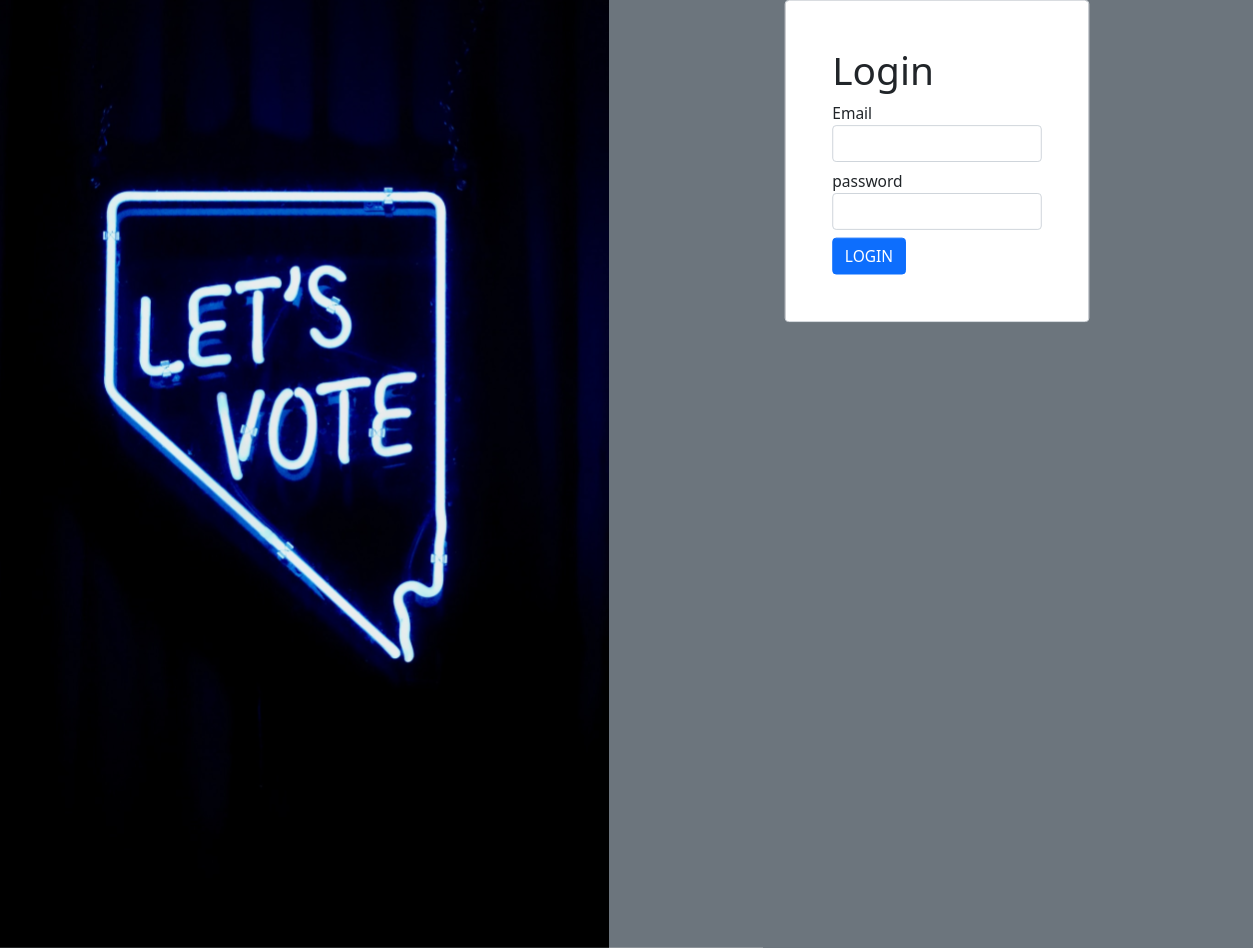
Repository: DavidManiIbrahim/Voting-app
Page: Login.html
The author's editor kept a copy of each file at every save. The page is drawn from the files as they stood at one save, then again after the next save.
The browser window is 1280 px wide. The page is 1292 px wide, so the pictures cover 1292 px, including what lies to the right of the window. The pictures show the whole page, at 97% of full size.

Above is the page before, as saved 2025-01-18 07:02:22.

After the next save:
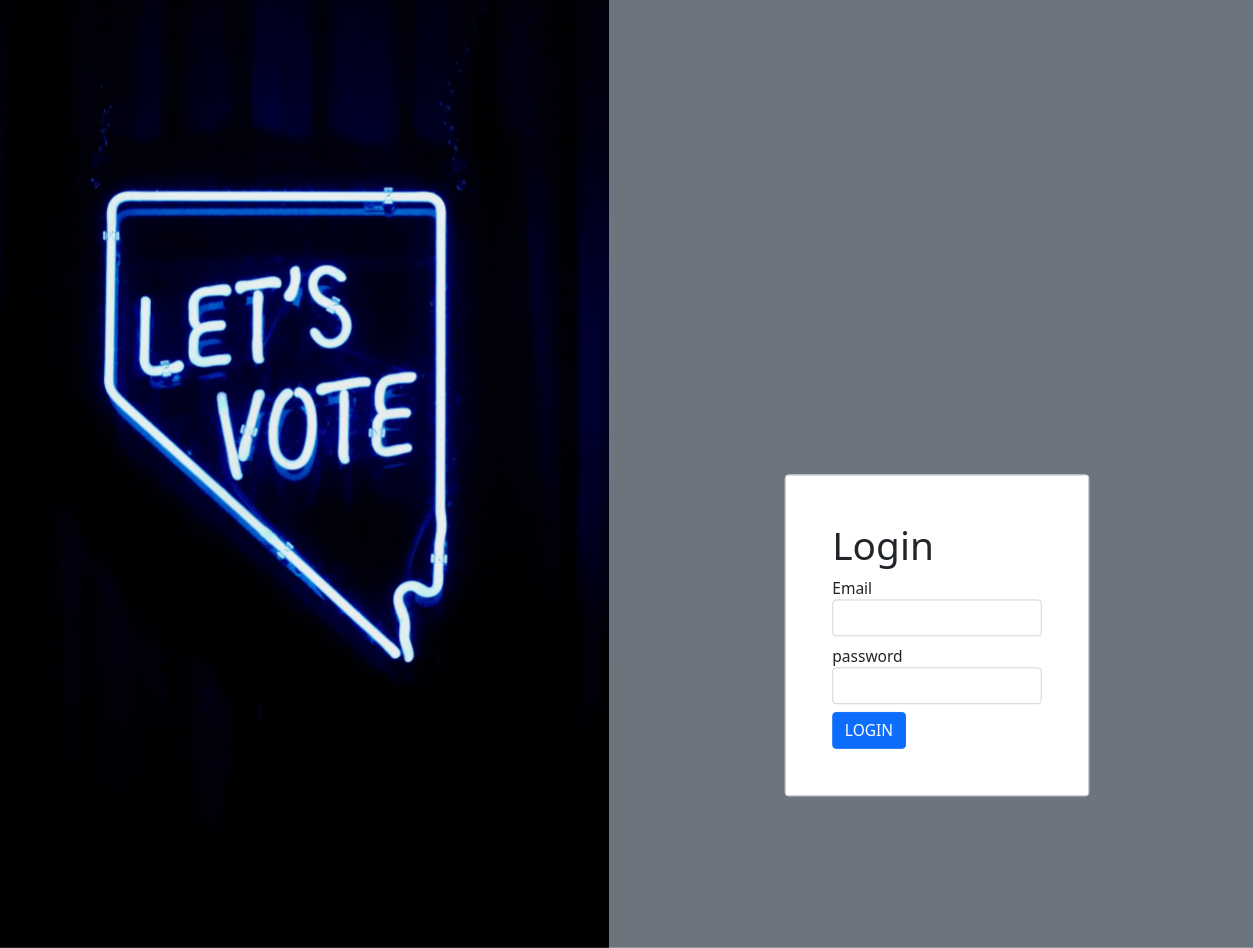
Saved 5 s later.
--- a/Login.html
+++ b/Login.html
@@ -10,7 +10,8 @@
 
 <style>
     form{
-        position: re;
+        position: relative;
+        top
     }
 </style>
 

After the 6 saves that followed:
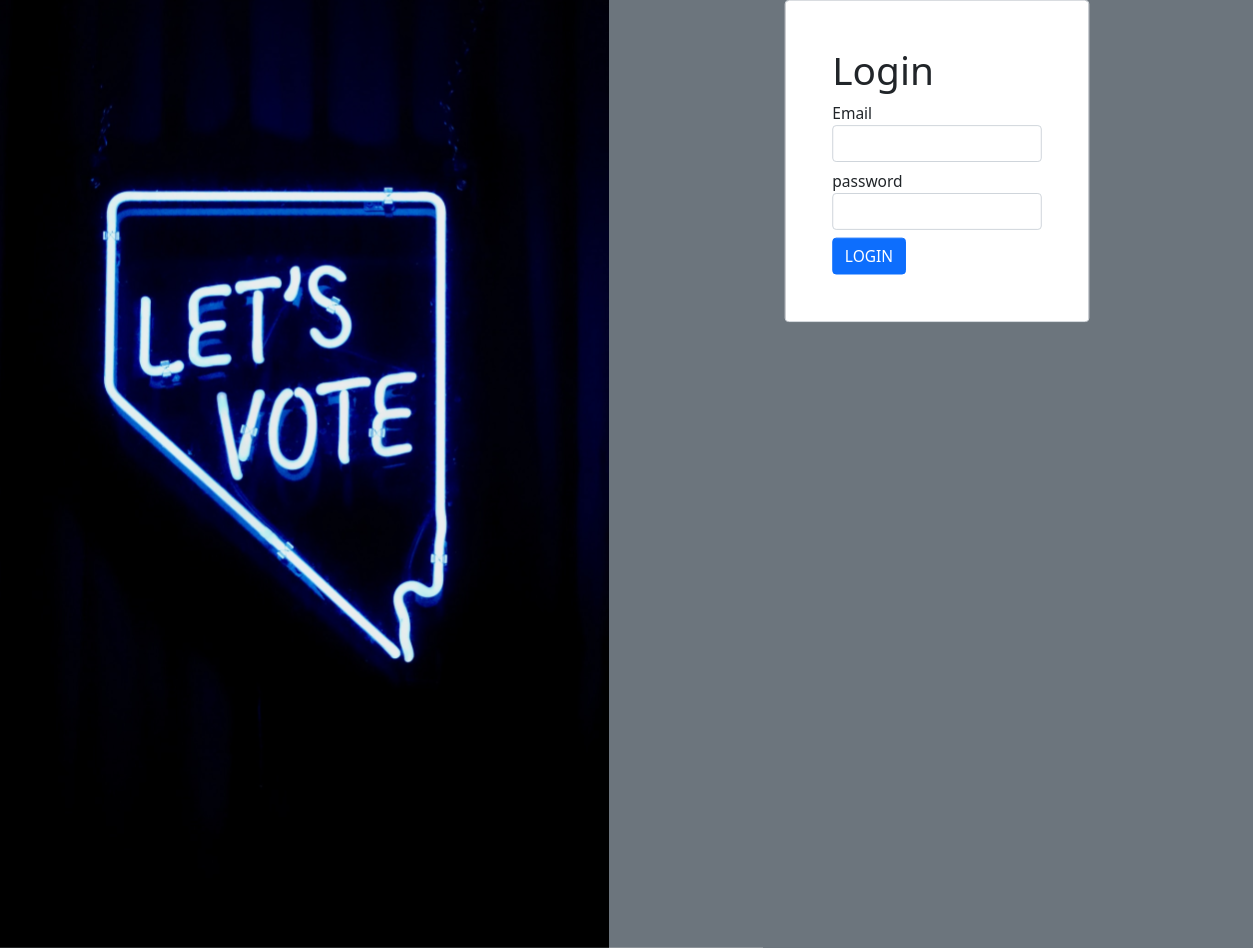
The 6 saves are shown as one change because 1 left the picture as it was and some came seconds apart.
The last was saved 34 s later.
--- a/Login.html
+++ b/Login.html
@@ -10,8 +10,7 @@
 
 <style>
     form{
-        position: relative;
-        top
+        margin:10% auto;
     }
 </style>
 
